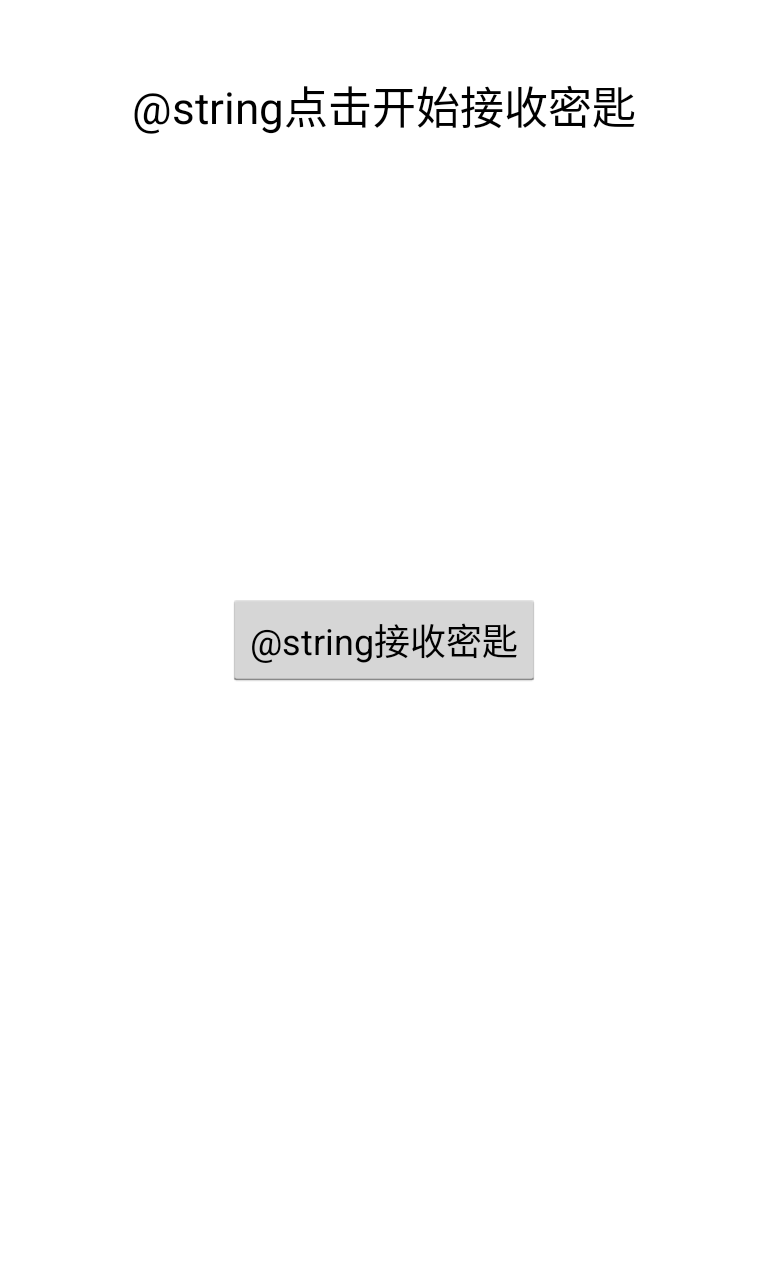
Repository: tenglei/AndroidBackup
Layout: AndroidTest/res/layout/activity_main.xml
These files come from the project's save history. The layout is drawn as it stood at one moment and after the next save; the edit follows.
It is drawn on a 768 x 1280 px phone screen (xhdpi) without system bars, with theme AppTheme; the app's code is not run.

Above is the layout before, as saved 2017-01-02 06:37:09.

After the next save:
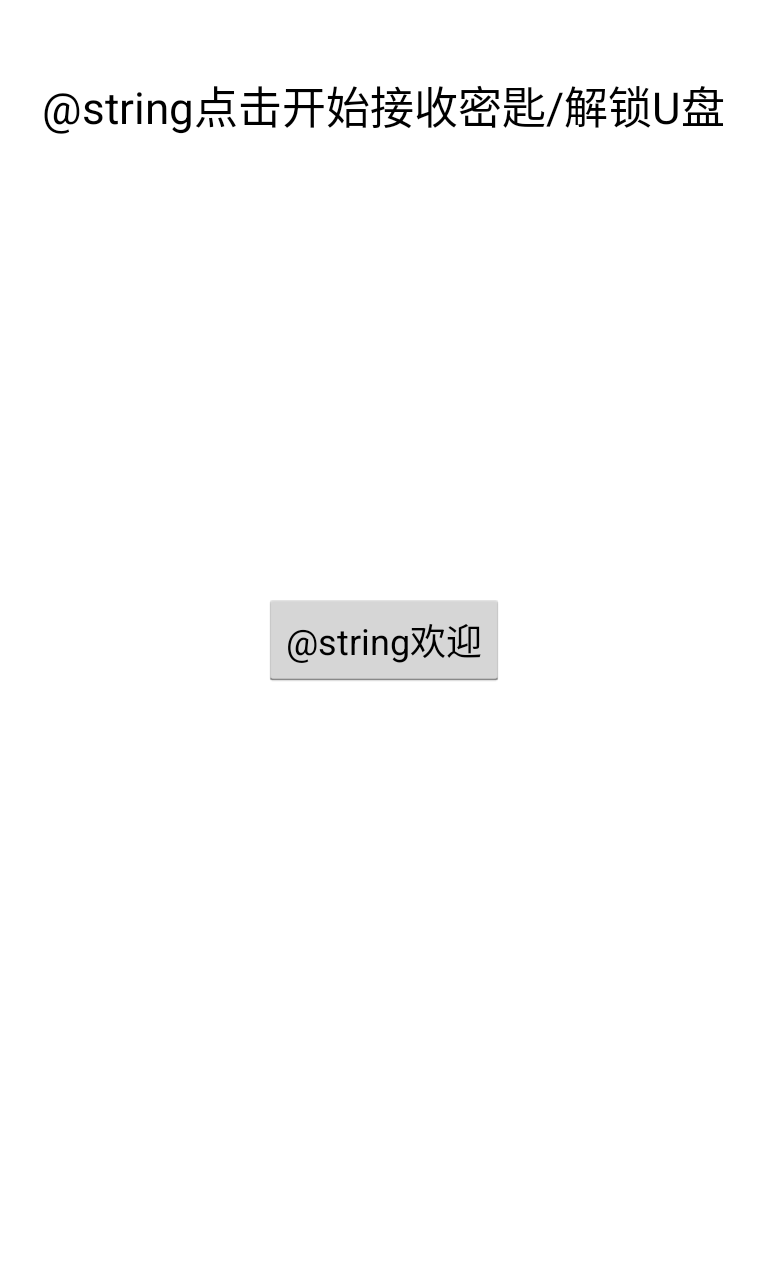
Saved 50 s later.
--- a/AndroidTest/res/layout/activity_main.xml
+++ b/AndroidTest/res/layout/activity_main.xml
@@ -14,7 +14,7 @@
         android:layout_height="wrap_content"
         android:layout_centerHorizontal="true"
         android:layout_centerVertical="true"
-        android:text="@string接收密匙" />
+        android:text="@string欢迎" />
 
     <TextView
         android:id="@+id/textView1"
@@ -23,7 +23,7 @@
         android:layout_alignParentTop="true"
         android:layout_centerHorizontal="true"
         android:layout_marginTop="20dp"
-        android:text="@string点击开始接收密匙"
+        android:text="@string点击开始接收密匙/解锁U盘"
         android:textAppearance="?android:attr/textAppearanceLarge" />
 
 </RelativeLayout>
